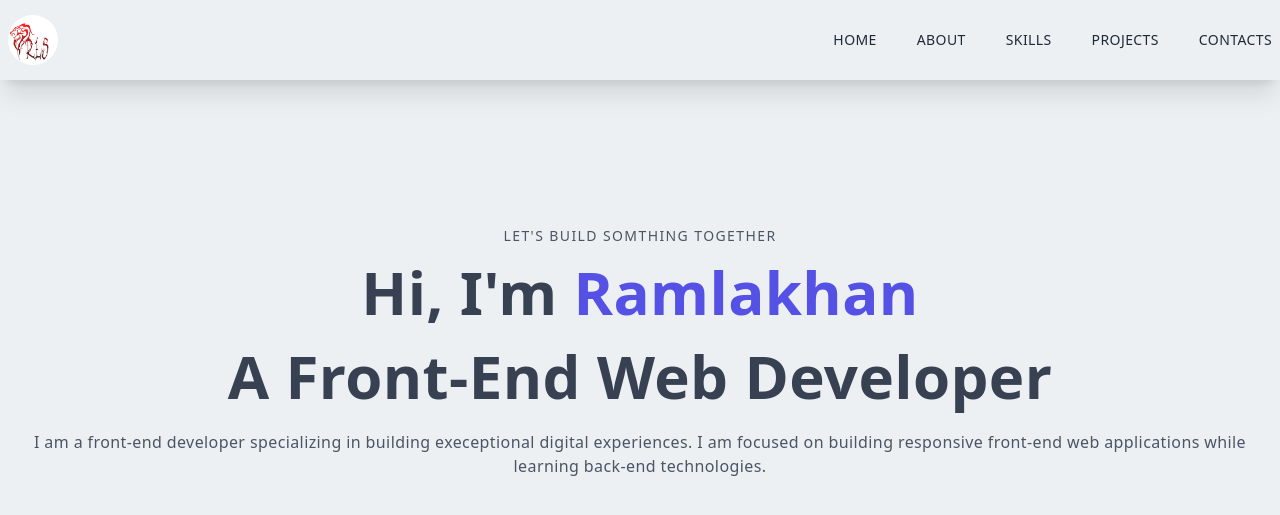
Repository: ram2642/portfolio-using-next-js
Page: /
An editor plug-in stored every save of this project. The page is shown before and after a run of saves, followed by the edit.
The browser window is 1280 px wide. The pictures show the whole page.
The project was rebuilt for these pictures with package versions that can differ from the ones it lists, and the page was loaded fresh each time. The framework's server and built-in components were replaced by stand-ins that run in the browser. Also part of the build but not shown: next.config.js.

Above is the page before, as saved 2022-09-04 02:00:00.

After the next 3 saves:
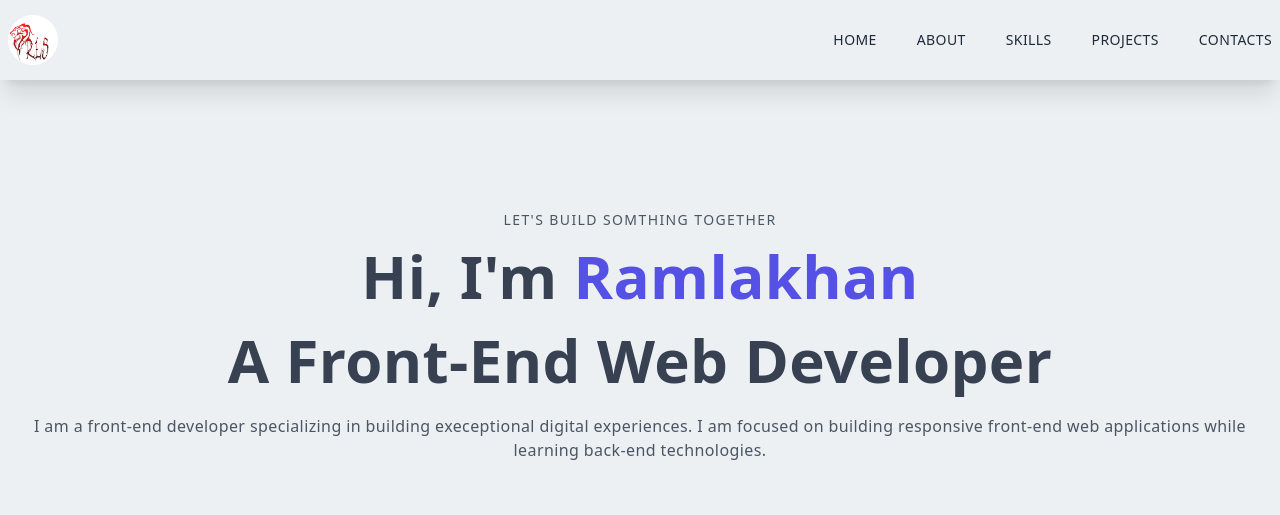
The 3 saves are shown as one change because they came seconds apart.
The last was saved 9 s later.
--- a/components/Main.jsx
+++ b/components/Main.jsx
@@ -15,7 +15,10 @@ const Main = () => {
       <p className='text-gray-600 py-4 max-w[70%] m-auto'>
         I am a front-end developer specializing in building execeptional digital experiences. I am focused on building responsive front-end web applications while learning back-end technologies.
       </p>
-      <div className='flex items-center justify-between max-w-[330px] m-auto'>
+      <div className='flex items-center justify-between max-w-[330px] m-auto py-4'>
+        <div>
+
+        </div>
 
       </div>
     </div>
